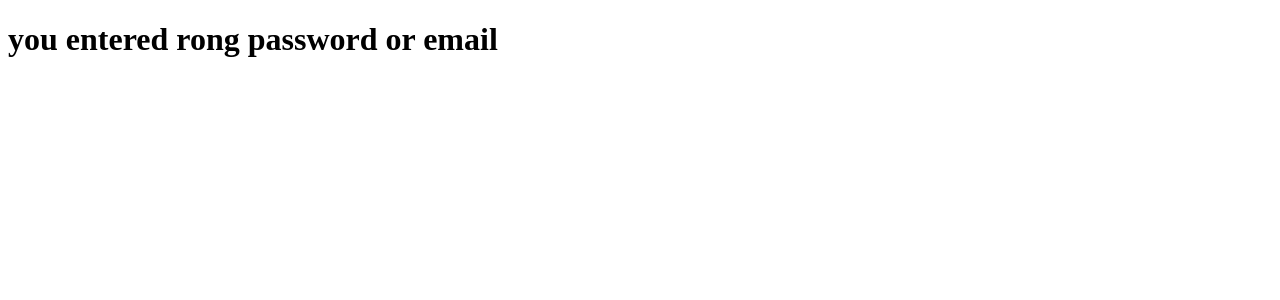
Repository: loganathanofficial/before-17-11-2025
Page: http://localhost/SecondApp/ronguser.jsp
The author's editor kept a copy of each file at every save. The page is drawn from the files as they stood at one save, then again after the next save.
The browser window is 1280 px wide. The pictures show the whole page.
The page is served by Tomcat 10.

Above is the page before, as saved 2025-02-26 03:42:35.

After the next save:
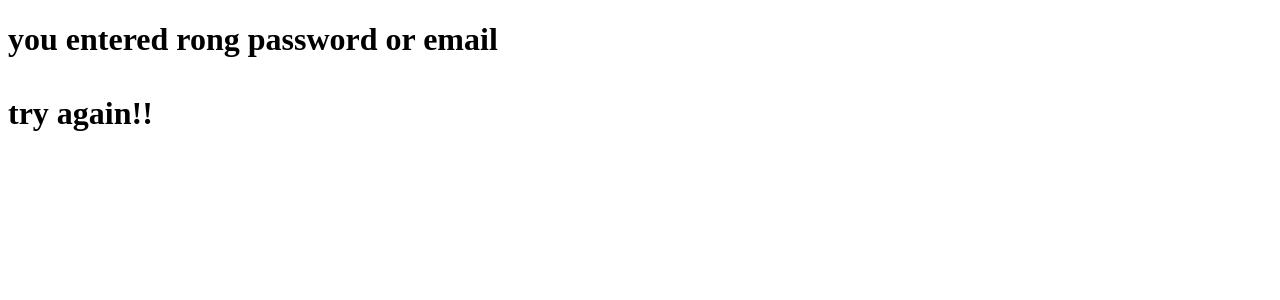
Saved 43 s later.
--- a/Spring_MVC/SecondApp/src/main/webapp/ronguser.jsp
+++ b/Spring_MVC/SecondApp/src/main/webapp/ronguser.jsp
@@ -7,6 +7,6 @@
 <title>Insert title here</title>
 </head>
 <body>
-	<h1>you entered rong password or email</h1>
+	<h1>you entered rong password or email<br><br> try again!! </h1>
 </body>
 </html>
